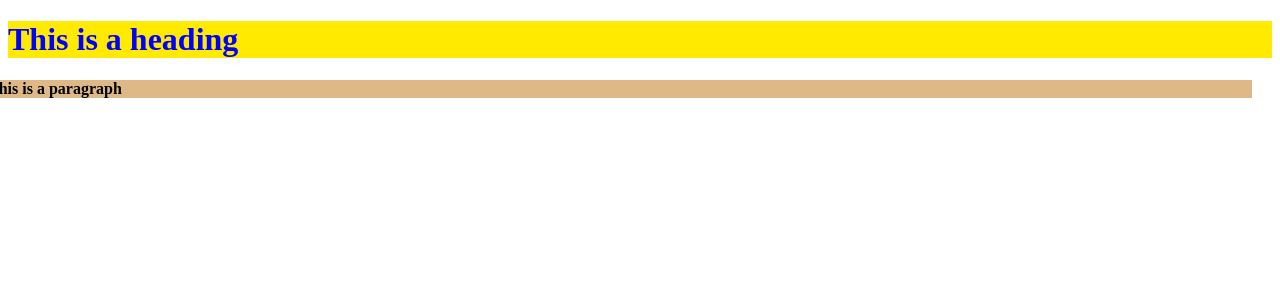
Repository: AishwaryaPandey987/PGLife
Page: home.html
The author's editor kept a copy of each file at every save. The page is drawn from the files as they stood at one save, then again after the next save.
The browser window is 1280 px wide. The pictures show the whole page.

Above is the page before, as saved 2022-10-27 20:11:02.

### home.html
<!DOCTYPE html>
  <html>
    <head>
        <title>CSS Page</title>
         <link rel="stylesheet" href="css/style.css" />
    </head>
    <body>
      <div>
          <p>
          <h1 class="heading">This is a heading</h1>
          </p>
       </div>
      <div>
          <p>
              <h4 class="heading">This is a paragraph</h4>

          </p>
      </div>
    </body>
  </html>

### css/style.css


div h1{
  color: blue;
  background-color: rgb(255, 234, 0);
}

p ,h4{
  color: black;
  background-color: burlywood;
  position: relative;
  left: -20px;
}

After the next save:
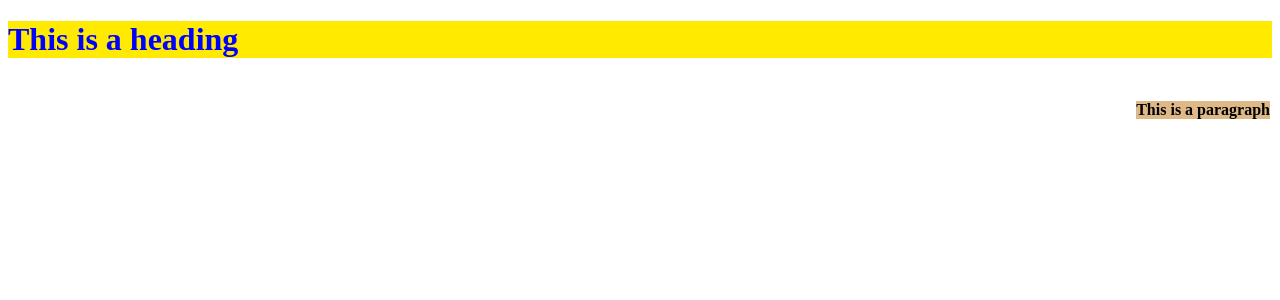
Saved 2 min 25 s later.
--- a/css/style.css
+++ b/css/style.css
@@ -8,6 +8,6 @@ div h1{
 p ,h4{
   color: black;
   background-color: burlywood;
-  position: relative;
-  left: -20px;
+  position: fixed;
+  right: 10px;
 }
